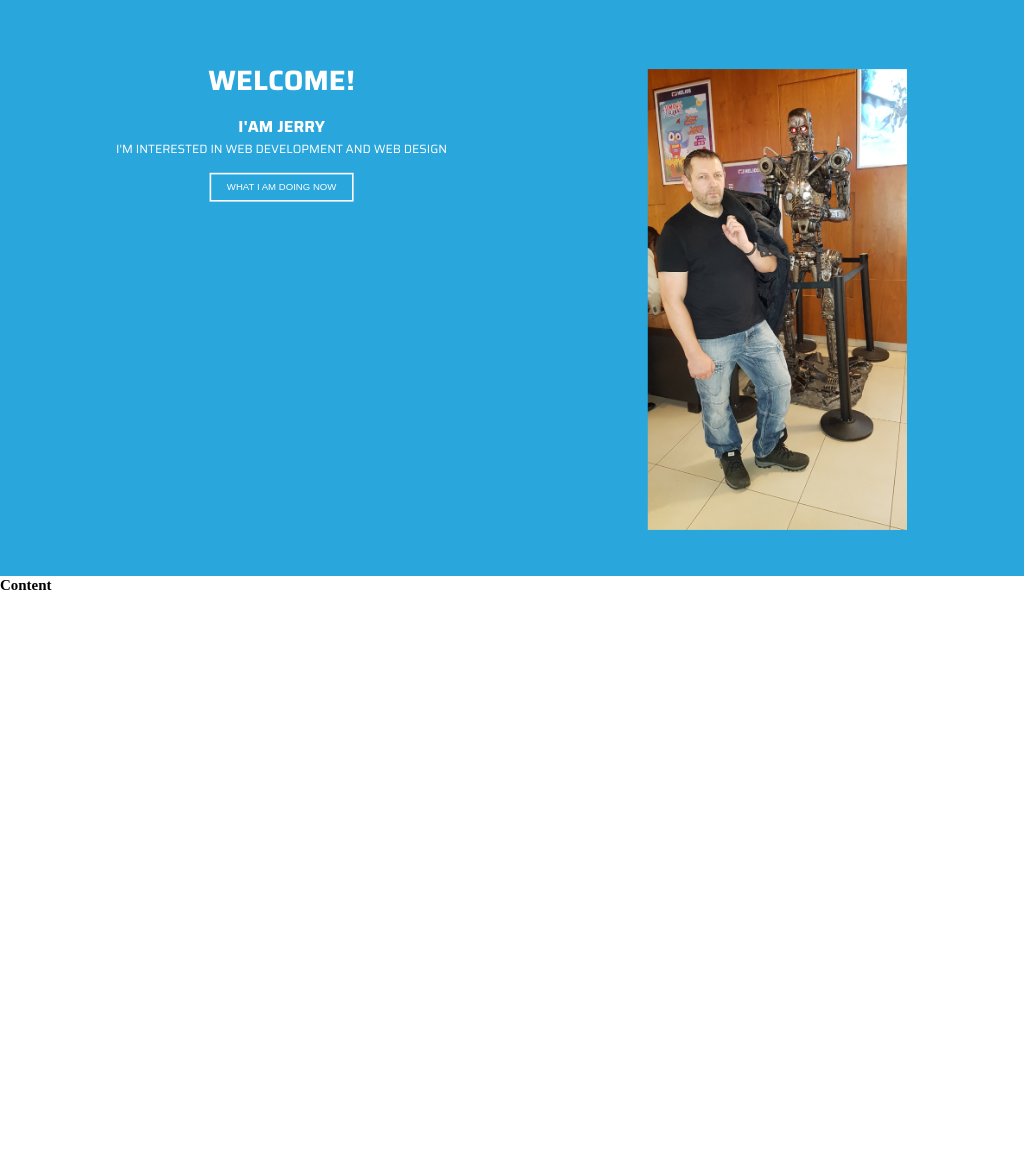
Repository: navanweb/dev
Page: jerry.html
The author's editor kept a copy of each file at every save. The page is drawn from the files as they stood at one save, then again after the next save.
The browser window is 1280 px wide. The pictures show the whole page, at 80% of full size.

Above is the page before, as saved 2019-04-06 21:16:15.

After the next save:
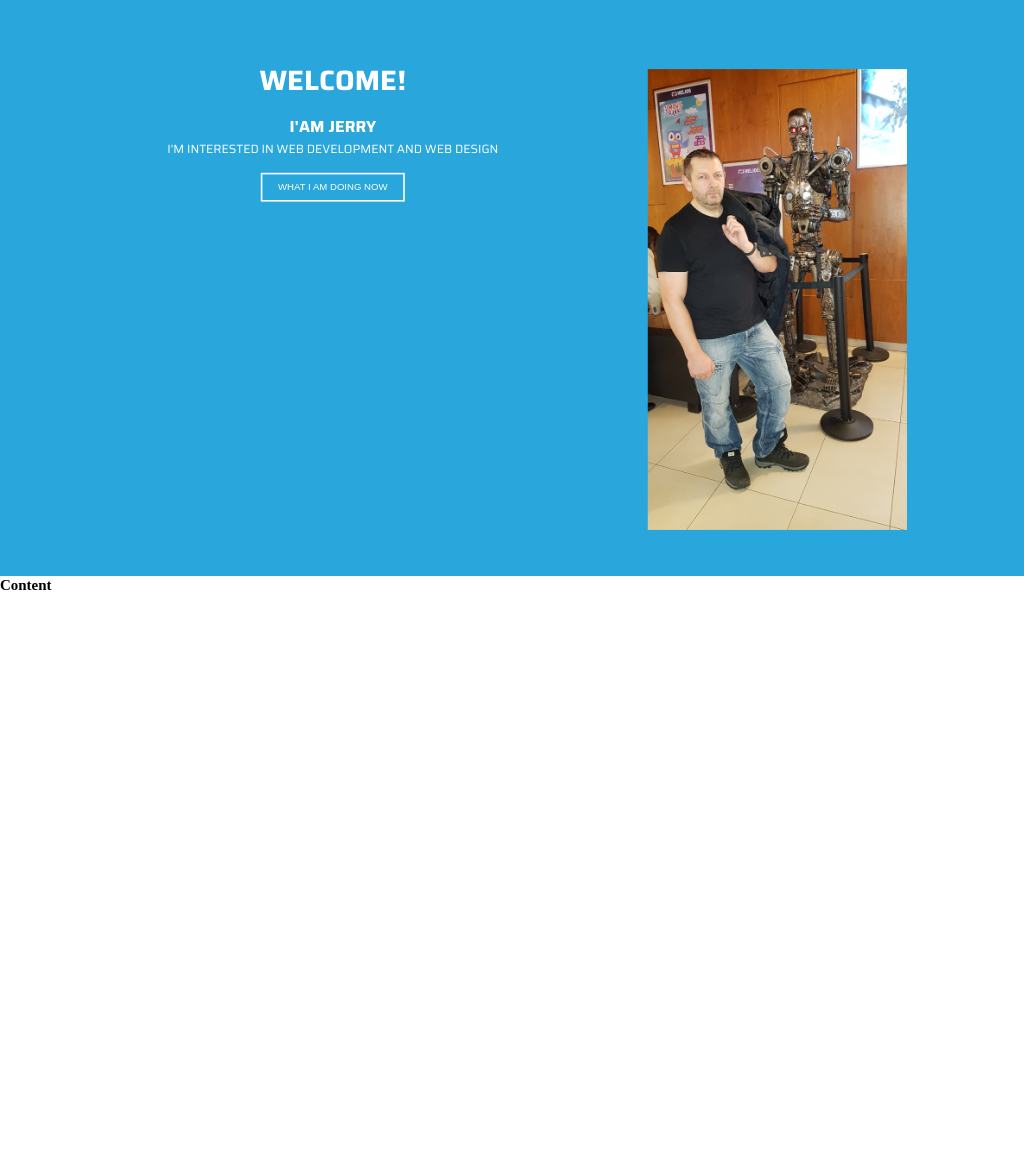
Saved 5 s later.
--- a/css/jerry.css
+++ b/css/jerry.css
@@ -70,7 +70,7 @@ header button {
     header div.welcome {
         top: 10%;
         left: 5%;
-        right: 50%;
+        right: 40%;
     }
 }
 
